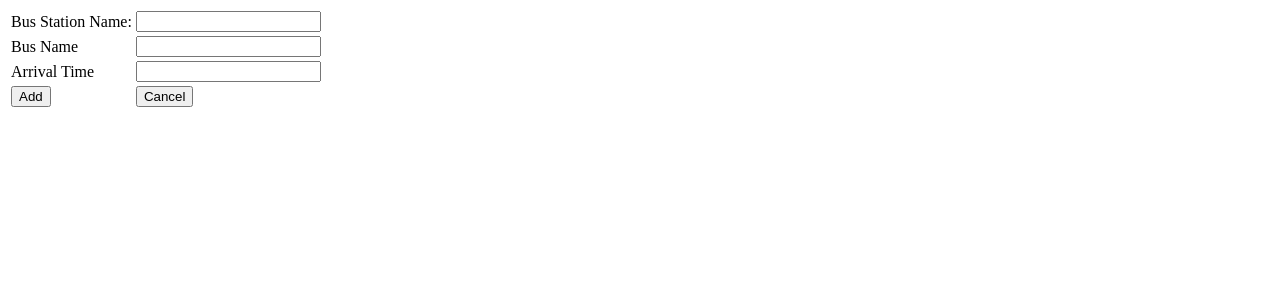
Repository: akhileshrane/ZensarJava
Page: http://localhost/CaseStudy/findBuses.jsp
These files come from the project's save history. The page is drawn as it stood at one moment and after the next save; the edit follows.
The browser window is 1280 px wide. The pictures show the whole page.
The page is served by Tomcat 9. Other server files are loaded and not shown.

Above is the page before, as saved 2017-06-29 05:32:15.

### CaseStudy/WebContent/findBuses.jsp
<%@ page language="java" contentType="text/html; charset=UTF-8"
    pageEncoding="UTF-8"%>
<!DOCTYPE html PUBLIC "-//W3C//DTD HTML 4.01 Transitional//EN" "http://www.w3.org/TR/html4/loose.dtd">
<html>
<head>
<meta http-equiv="Content-Type" content="text/html; charset=UTF-8">
<title>Find a bus</title>
</head>
<body>
<form name="findBusForm" action="bus.jsp">
<table>
	<tr>
		<td>Bus Station Name:</td>
		<td><input type="text" name="busStationName" />
		</td>
	</tr>
	<tr>
		<td>Bus Name</td>
		<td><input type="text" name="busName" /></td>
	</tr>
		<tr>
		<td>Arrival Time</td>
		<td><input type="text" name="arrivalTime" /></td>
	</tr>
		<tr>
		<td><input type="submit" value="Add" /></td>
		<td><input type="reset" value="Cancel" /></td>
	</tr>
</table>
<br><br>
</form>
</body>
</html>

After the next save:
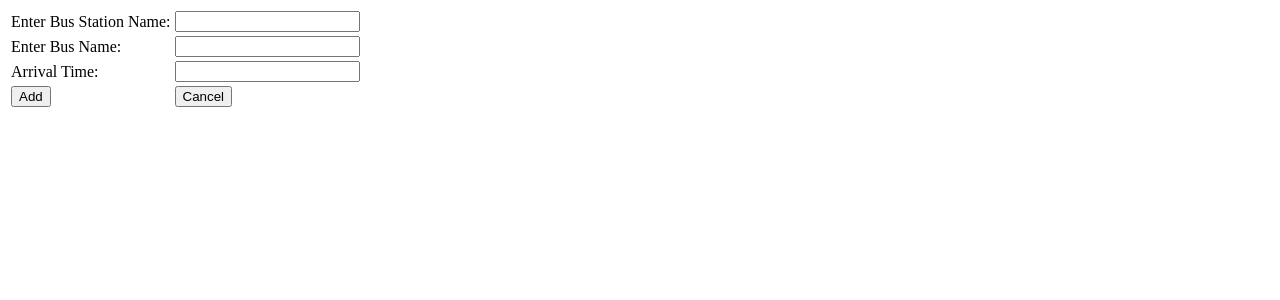
Saved 88 s later.
--- a/CaseStudy/WebContent/findBuses.jsp
+++ b/CaseStudy/WebContent/findBuses.jsp
@@ -10,16 +10,16 @@
 <form name="findBusForm" action="bus.jsp">
 <table>
 	<tr>
-		<td>Bus Station Name:</td>
+		<td>Enter Bus Station Name:</td>
 		<td><input type="text" name="busStationName" />
 		</td>
 	</tr>
 	<tr>
-		<td>Bus Name</td>
+		<td>Enter Bus Name:</td>
 		<td><input type="text" name="busName" /></td>
 	</tr>
 		<tr>
-		<td>Arrival Time</td>
+		<td>Arrival Time:</td>
 		<td><input type="text" name="arrivalTime" /></td>
 	</tr>
 		<tr>
